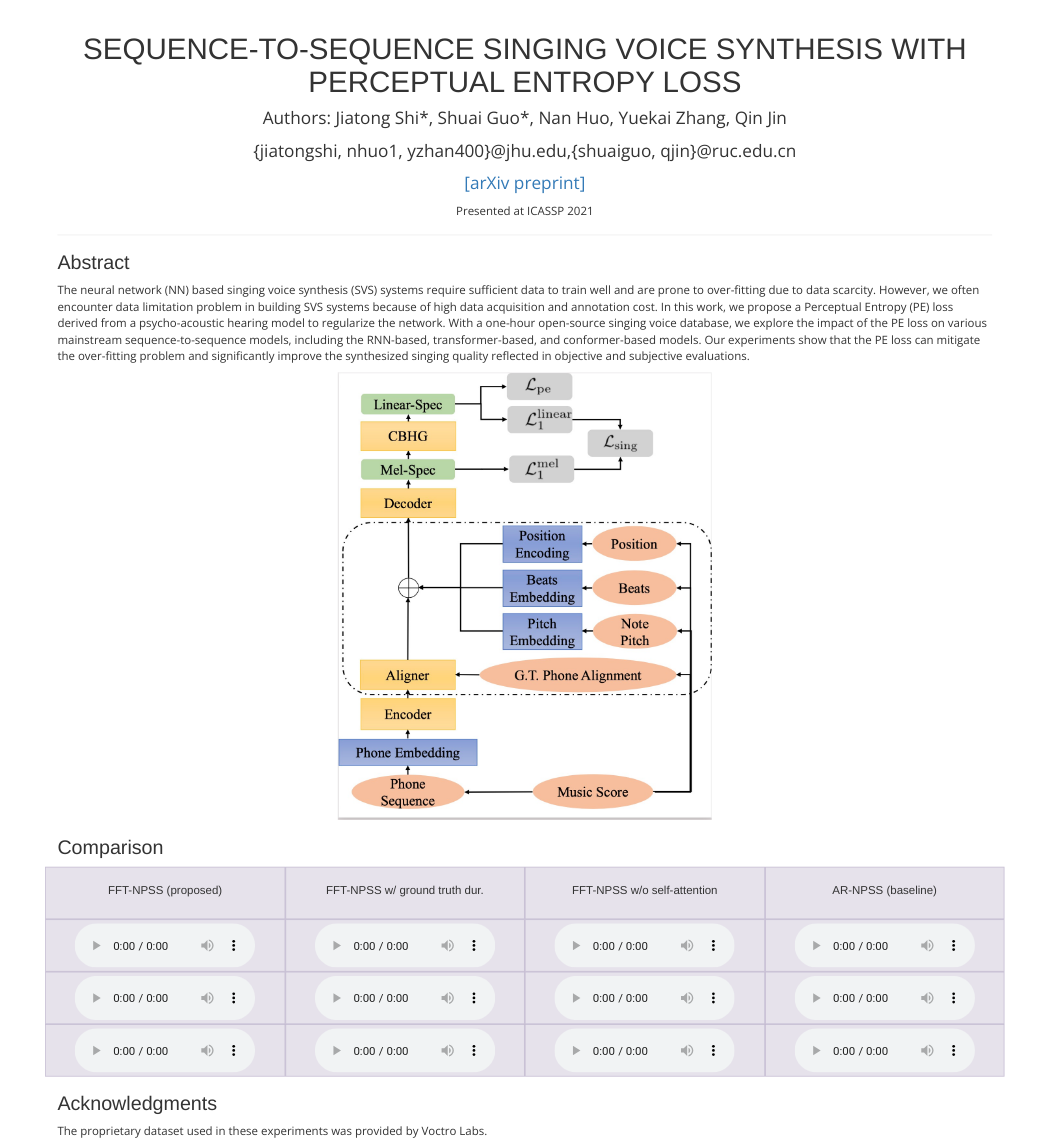
Repository: PeterGuoRuc/SVS_pe.github.io
Page: index.html
An editor plug-in stored every save of this project. The page is shown before and after the next save, followed by the edit.
The browser window is 1280 px wide. The pictures show the whole page, at 82% of full size.

Above is the page before, as saved 2021-06-06 16:55:00.

### index.html
<!DOCTYPE html>
<html lang="en">
  <head>
    <meta charset="utf-8">
    <meta http-equiv="X-UA-Compatible" content="IE=edge">
    <meta name="viewport" content="width=device-width, initial-scale=1">
    <meta name="description" content="">
    <meta name="author" content="">
    <link rel="shortcut icon" type="image/x-icon" href="../favicon.ico">

    <title>SEQUENCE-TO-SEQUENCE SINGING VOICE SYNTHESIS WITH PERCEPTUAL ENTROPY LOSS</title>

    <!-- Fonts -->
    <link href="https://fonts.googleapis.com/css?family=Abril+Fatface|Open+Sans" rel="stylesheet">

    <!-- Bootstrap core CSS -->
    <!--<link href="bootstrap/dist/css/bootstrap.min.css" rel="stylesheet">-->
    <link href="https://maxcdn.bootstrapcdn.com/bootstrap/3.3.7/css/bootstrap.min.css" rel="stylesheet">

    <!-- IE10 viewport hack for Surface/desktop Windows 8 bug -->
    <!--<link href="bootstrap/assets/css/ie10-viewport-bug-workaround.css" rel="stylesheet">-->
    <link href="https://maxcdn.bootstrapcdn.com/css/ie10-viewport-bug-workaround.css" rel="stylesheet">

    <!-- Custom styles for this template -->
    <link href="poster.css" rel="stylesheet">

    <!-- Just for debugging purposes. Don't actually copy these 2 lines! -->
    <!--[if lt IE 9]><script src="bootstrap/assets/js/ie8-responsive-file-warning.js"></script><![endif]-->
    <!--<script src="bootstrap/assets/js/ie-emulation-modes-warning.js"></script>-->

    <!-- HTML5 shim and Respond.js for IE8 support of HTML5 elements and media queries -->
    <!--[if lt IE 9]>
      <script src="https://oss.maxcdn.com/html5shiv/3.7.3/html5shiv.min.js"></script>
      <script src="https://oss.maxcdn.com/respond/1.4.2/respond.min.js"></script>
    <![endif]-->
  </head>

  <body>
    <div class="container">

      <div class="page-header">
        <h1>
          SEQUENCE-TO-SEQUENCE SINGING VOICE SYNTHESIS WITH PERCEPTUAL ENTROPY LOSS
        </h1>
        <p class="lead">
          Authors: Jiatong Shi*, Shuai Guo*, Nan Huo, Yuekai Zhang, Qin Jin
        </p>
        <p class="lead">
          {jiatongshi, nhuo1, yzhan400}@jhu.edu,{shuaiguo, qjin}@ruc.edu.cn
        </p>
        <p class="lead">
          <a class="lead_link" href="https://arxiv.org/abs/2010.12024">[arXiv preprint]</a>
        </p>
        <p class="centered">Presented at ICASSP 2021</p>
      </div>

      <h3>Abstract</h3>
      <p>The neural network (NN) based singing voice synthesis (SVS) systems require sufficient data to train well and are prone to over-fitting due to data scarcity.
        However, we often encounter data limitation problem in building SVS systems because of high data acquisition and annotation cost.
        In this work, we propose a Perceptual Entropy (PE) loss derived from a psycho-acoustic hearing model to regularize the network.
        With a one-hour open-source singing voice database, we explore the impact of the PE loss on various mainstream sequence-to-sequence models, including the RNN-based, transformer-based, and conformer-based models.
        Our experiments show that the PE loss can mitigate the over-fitting problem and significantly improve the synthesized singing quality reflected in objective and subjective evaluations.
      </p>

      <center><img src="files/svs_model.jpg"/ height="40%" width="40%"></center>

      <h3>Comparison</h3>
      <div class="row">
        <div class="col-md-3">FFT-NPSS (proposed)</div>
        <div class="col-md-3">FFT-NPSS w/ ground truth dur.</div>
        <div class="col-md-3">FFT-NPSS w/o self-attention</div>
        <div class="col-md-3">AR-NPSS (baseline)</div>
      </div>
      <div class="row">
        <div class="col-md-3"><audio src="files/1_Feel_4.mp3" controls></audio></div>
        <div class="col-md-3"><audio src="files/2_Feel_4.mp3" controls></audio></div>
        <div class="col-md-3"><audio src="files/3_Feel_4.mp3" controls></audio></div>
        <div class="col-md-3"><audio src="files/4_Feel_4.mp3" controls></audio></div>
      </div>
      <div class="row">
        <div class="col-md-3"><audio src="files/1_Feel_19.mp3" controls></audio></div>
        <div class="col-md-3"><audio src="files/2_Feel_19.mp3" controls></audio></div>
        <div class="col-md-3"><audio src="files/3_Feel_19.mp3" controls></audio></div>
        <div class="col-md-3"><audio src="files/4_Feel_19.mp3" controls></audio></div>
      </div>
      <div class="row">
        <div class="col-md-3"><audio src="files/1_Rio_8.mp3" controls></audio></div>
        <div class="col-md-3"><audio src="files/2_Rio_8.mp3" controls></audio></div>
        <div class="col-md-3"><audio src="files/3_Rio_8.mp3" controls></audio></div>
        <div class="col-md-3"><audio src="files/4_Rio_8.mp3" controls></audio></div>
      </div>

      <h3>Acknowledgments</h3>
      <p>The proprietary dataset used in these experiments was provided by Voctro Labs.</p>


    </div> <!-- /container -->


    <!-- IE10 viewport hack for Surface/desktop Windows 8 bug -->
    <!--<script src="bootstrap/assets/js/ie10-viewport-bug-workaround.js"></script>-->
    <script src="https://maxcdn.bootstrapcdn.com/js/ie10-viewport-bug-workaround.js"></script>
  </body>
</html>

### poster.css

p {
  font-family: 'Open Sans', sans-serif;
  margin: 10px 0 10px;
}

.lead_link {
  margin: 0 5px 0 5px;
}

.lead {
  text-align: center;
  margin-bottom: 0;
}

.centered {
  text-align: center;
}

.image_title {
  text-align: center;
}

img.figure {
  display: block;
  margin-left: auto;
  margin-right: auto;
  max-width: 100%;
}

h1 {
  /* font-family: 'Abril Fatface', cursive; */
  text-align: center;
}

h4 {
  margin-top: 25px;
}
.row {
  margin-bottom: 0px;
  position: relative;
}

/* vertically center audio players */
.row audio {
    position: absolute;
    top: 0;
    left: 0;
    bottom: 0;
    right: 0;
    margin: auto;
    display: block;
    width: 220px;
}

[class*="col-"] {
  padding-top: 17px;
  padding-bottom: 17px;
  background-color: #eee;
  background-color: rgba(86,61,124,.15);
  border: 1px solid #ddd;
  border: 1px solid rgba(86,61,124,.2);
  height: 64px;
  text-align: center;
}

hr {
  margin-top: 40px;
  margin-bottom: 40px;
}

After the next save:
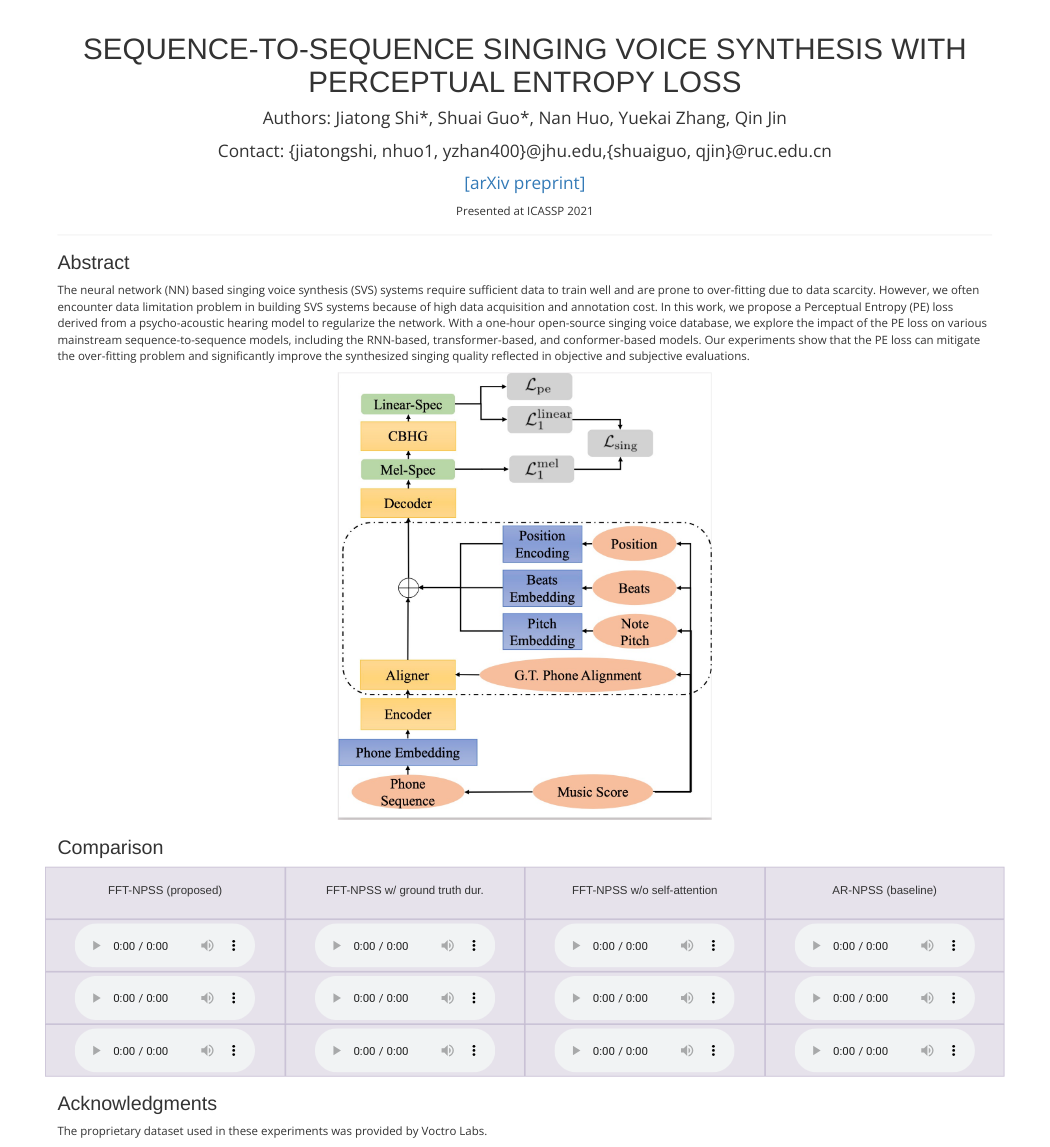
Saved 15 s later.
--- a/index.html
+++ b/index.html
@@ -46,7 +46,7 @@
           Authors: Jiatong Shi*, Shuai Guo*, Nan Huo, Yuekai Zhang, Qin Jin
         </p>
         <p class="lead">
-          {jiatongshi, nhuo1, yzhan400}@jhu.edu,{shuaiguo, qjin}@ruc.edu.cn
+          Contact: {jiatongshi, nhuo1, yzhan400}@jhu.edu,{shuaiguo, qjin}@ruc.edu.cn
         </p>
         <p class="lead">
           <a class="lead_link" href="https://arxiv.org/abs/2010.12024">[arXiv preprint]</a>
